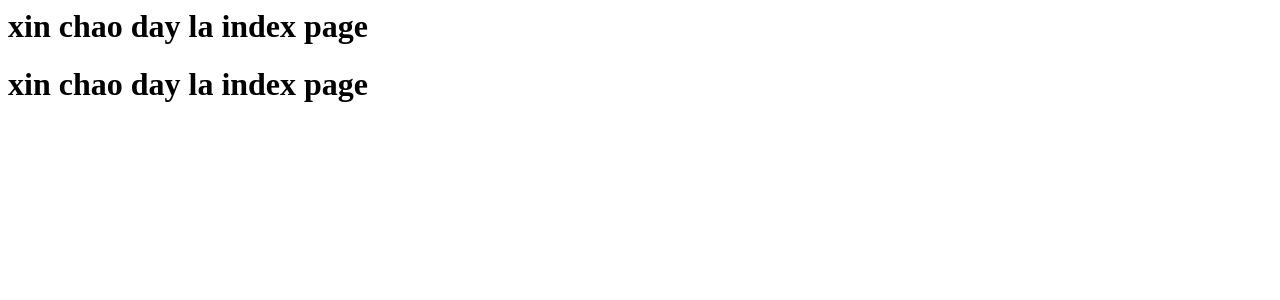
Repository: nvngon2604/nvngon2604
Page: index.html
The author's editor kept a copy of each file at every save. The page is drawn from the files as they stood at one save, then again after the next save.
The browser window is 1280 px wide. The pictures show the whole page.

Above is the page before, as saved 2021-09-15 15:35:18.

### index.html
<h1>xin chao day la index page</h1>

<h1>xin chao day la index page</h1>

After the next save:
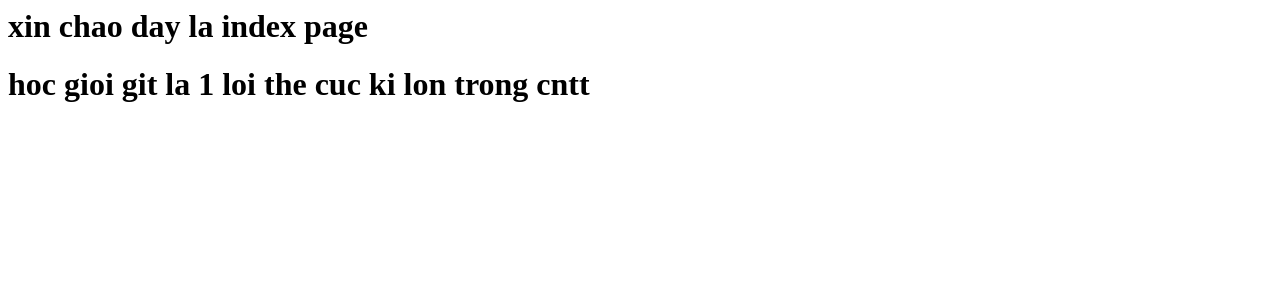
Saved 98 s later.
--- a/index.html
+++ b/index.html
@@ -1,3 +1,3 @@
 <h1>xin chao day la index page</h1>
 
-<h1>xin chao day la index page</h1>
+<h1>hoc gioi git la 1 loi the cuc ki lon trong cntt</h1>
